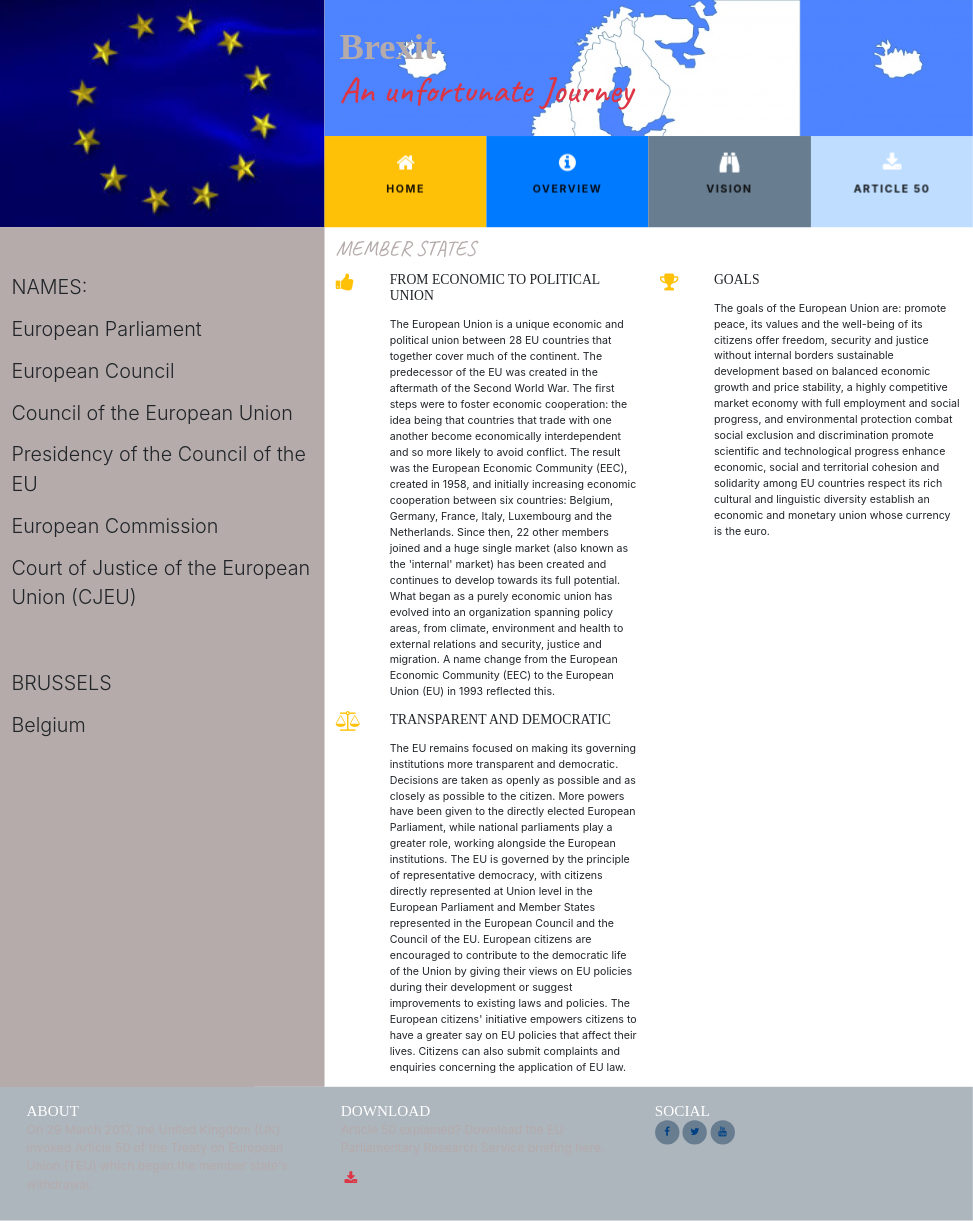
Repository: isiko1/Milestone_Project_One
Page: index.html
The author's editor kept a record of every edit. The page is drawn from the files as they stood at one moment, then again after the next edit.
The browser window is 1280 px wide. The pictures show the whole page, at 76% of full size.
Some web fonts or font styles are not loaded; a fallback is used.

Above is the page before.

After the next edit:
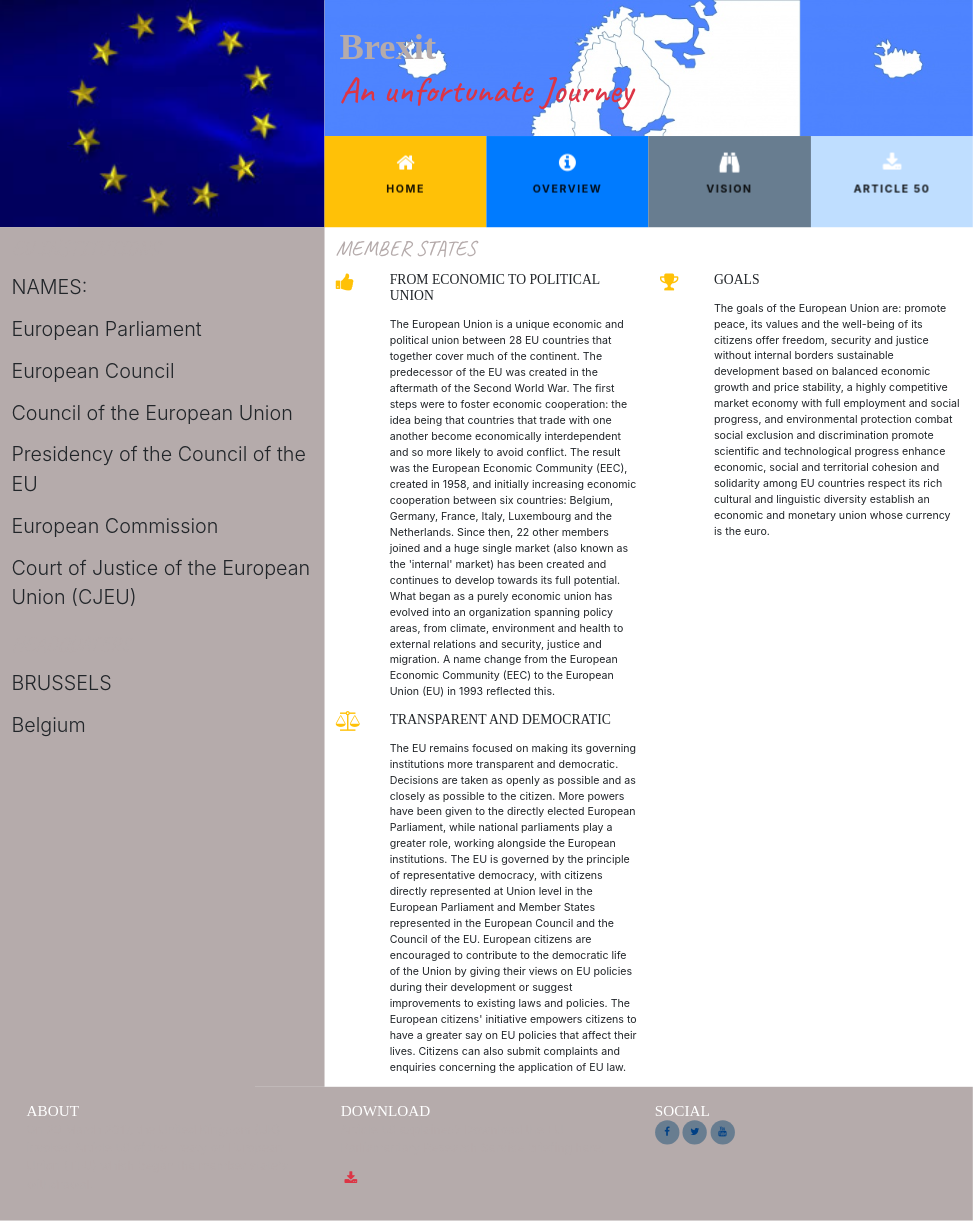
The edit:
--- a/info/css/style.css
+++ b/info/css/style.css
@@ -188,7 +188,7 @@
 }
 
 footer {
-    background-color: #adb5bd;
+    background-color: #b5abab;
     min-height: 120px;
     color: #b5abab;
     margin: 0;
